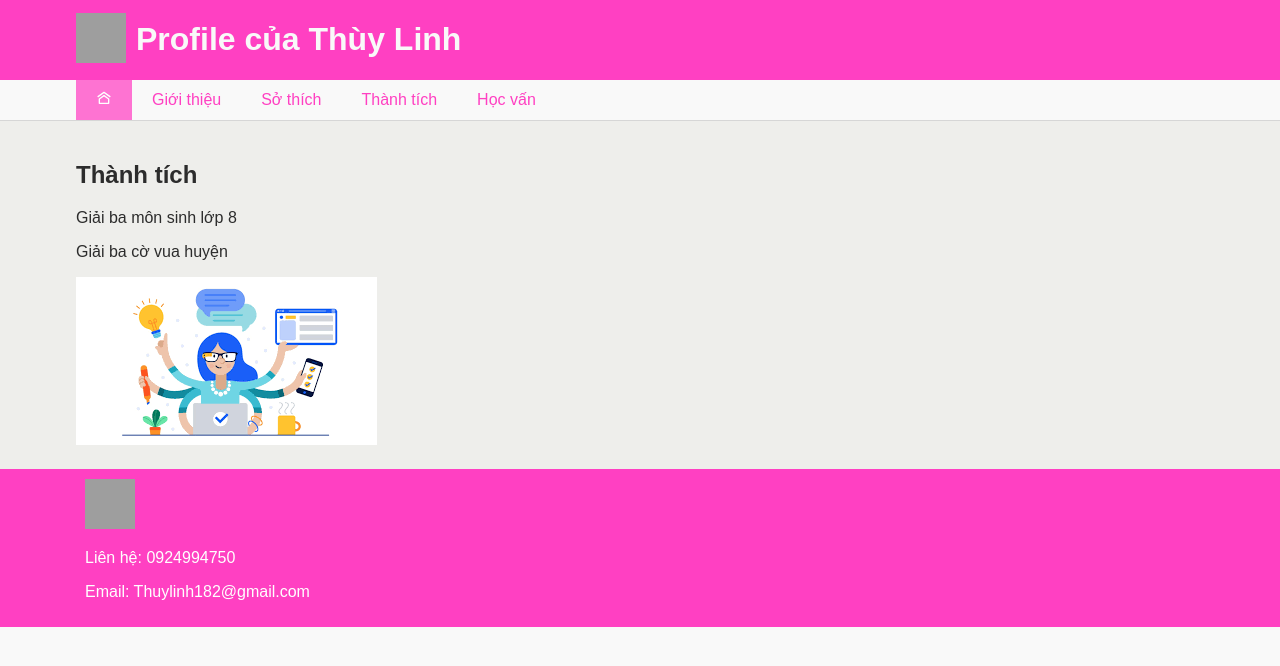
Repository: DucLong-PD07979/profile-vu-thuy-linh
Page: thanh-tich.html
An editor plug-in stored every save of this project. The page is shown before and after the next save, followed by the edit.
The browser window is 1280 px wide. The pictures show the whole page.
Pictures or frames that could not be fetched are drawn as grey boxes.

Above is the page before, as saved 2025-03-13 21:09:19.
Not found: script.js

After the next save:
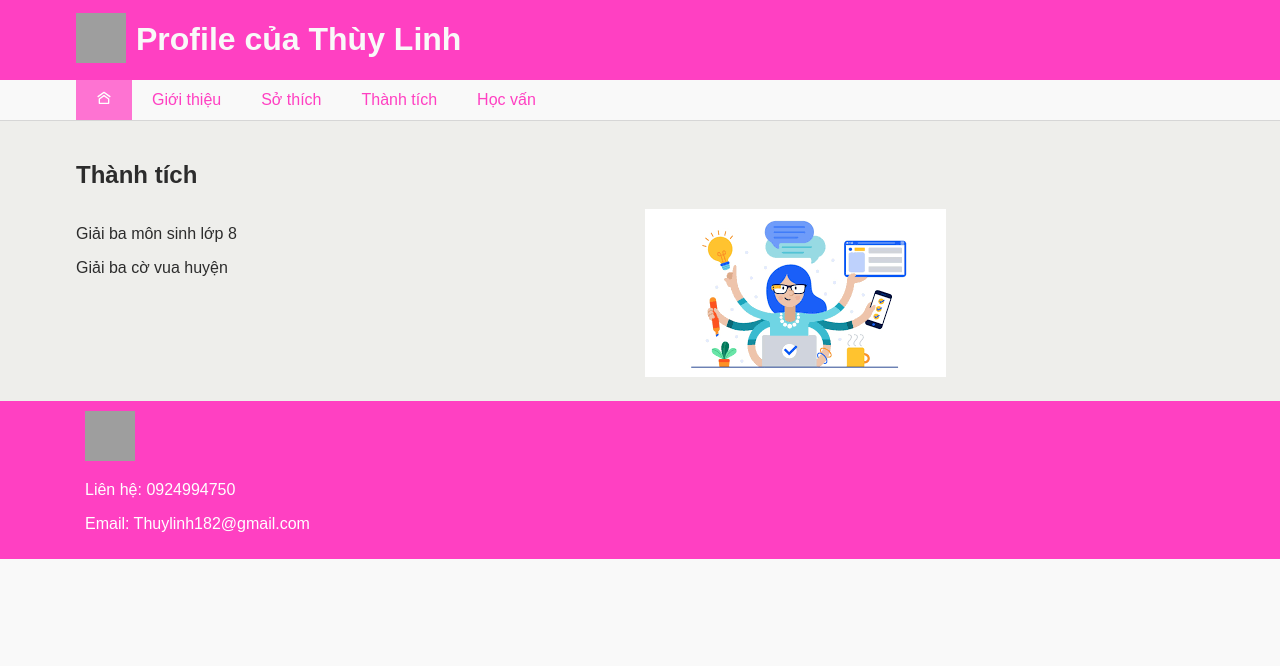
Saved 22 s later.
--- a/css/main.css
+++ b/css/main.css
@@ -194,9 +194,9 @@ nav ul li:hover .menu-children {
     padding: 20px 0;
 }
 
-.achievements-content {
-    display: grid;
-    grid-template-columns: 1fr 1fr 1fr 1fr;
+.achievements-section-content {
+    display: grid;
+    grid-template-columns: 1fr 1fr;
     gap: 10px;
 }
 
